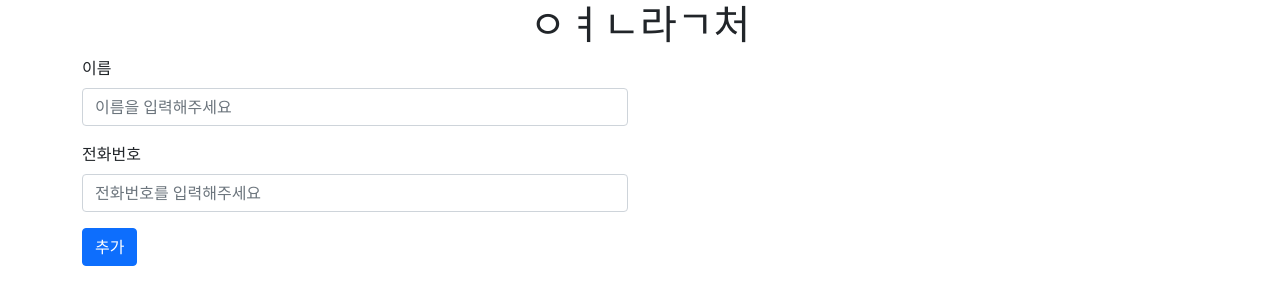
Repository: woojinShim/Noona
Page: / (app in noona-phonebook/)
These files come from the project's save history. The page is drawn as it stood at one moment and after the next save; the edit follows.
The browser window is 1280 px wide. The pictures show the whole page.
The project was rebuilt for these pictures with package versions that can differ from the ones it lists, and the page was loaded fresh each time.

Above is the page before, as saved 2022-06-25 22:33:22.

After the next save:
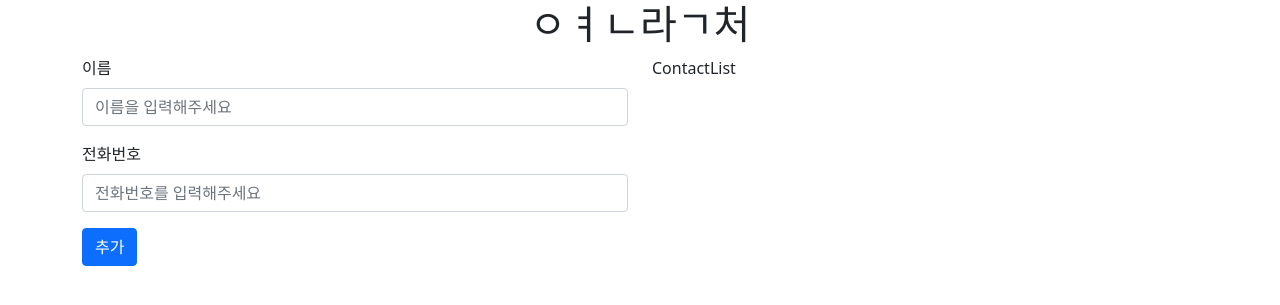
Saved 35 s later.
--- a/noona-phonebook/src/App.js
+++ b/noona-phonebook/src/App.js
@@ -2,6 +2,7 @@ import "./App.css";
 import "bootstrap/dist/css/bootstrap.min.css";
 import { ContactForm } from "./components/ContactForm";
 import { Container, Row, Col } from "react-bootstrap";
+import { ContactList } from "./components/ContactList";
 
 function App() {
   return (
@@ -12,7 +13,9 @@ function App() {
           <Col>
             <ContactForm />
           </Col>
-          <Col></Col>
+          <Col>
+            <ContactList />
+          </Col>
         </Row>
       </Container>
     </div>
